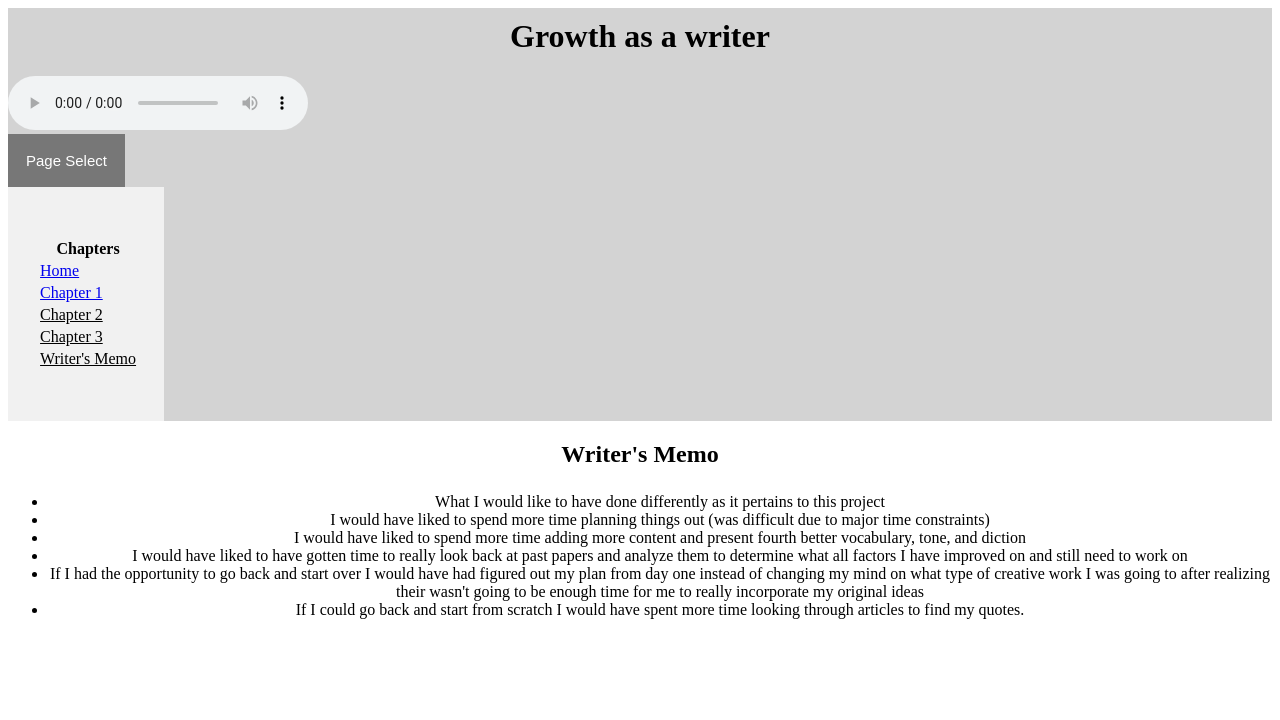
Repository: jpaisiem/WP-4
Page: WritersMemo.html
The author's editor kept a copy of each file at every save. The page is drawn from the files as they stood at one save, then again after the next save.
The browser window is 1280 px wide. The pictures show the whole page.

Above is the page before, as saved 2025-05-01 12:01:49.
Console error: TypeError: Cannot read properties of undefined (reading 'toggle')

### WritersMemo.html
<!DOCTYPE html>
<html>
<head>
<meta name="viewport" content="width=device-width, initial-scale=1">
<style>
.collapsible {
  background-color: #777;
  color: white;
  cursor: pointer;
  padding: 18px;
  width: fit-content;
  border: none;
  text-align: left;
  outline: none;
  font-size: 15px;
}

.active, .collapsible:hover {
  background-color: #555;
}

.content {
  display: flex;
  flex-direction: column;
  overflow: hidden;
  background-color: #f1f1f1;
  width: fit-content;
  height: fit-content;
  padding-left: 2.3%;
  padding-right: 2%;
}
p
{
 font-size: 25px;
 text-align: left;
 margin-left: 5%;
}
lo
</style>
<title>Growth as a writer - Chapter 3</title>
</head>
<body>
    <div style="background-color: lightgray; display: flex; flex-direction: column; margin-top: 0%;">
        <h1 style="text-align: center; background-color: lightgray; padding-top: 10px; margin-top: 0%;">Growth as a writer</h1>
        <div style="align-items: center;">
        <audio controls>
            <source src="audio.mp3" type="audio/mpeg">
        </audio>
        </div>
<button type="button" class="collapsible">Page Select</button>
<div class="content">
  <p><table>
    <tr>
        <th>Chapters</th>
    </tr>
    <tr>
        <td><a href="index.html">Home</a></td>
    </tr>
    <tr>
        <td><a href="Chapter1.html">Chapter 1</a></td>
    </tr>
     <tr>
        <td><a href="Chapter2.html" style="color: black;">Chapter 2</a></td>
    </tr>
    <tr>
        <td><a href="Chapter3.html" style="color: black;">Chapter 3</a></td>
    </tr>
    <tr>
        <td><a href="WritersMemo.html" style="color: black;">Writer&apos;s Memo</a></td>
    </tr>
  </table></p>
</div>
    </div>
<div style="text-align: center;">
     <h2 style="text-align: center;">Writer&apos;s Memo</h2>
     <p>
      <ul>
    <li>What I would like to have done differently as it pertains to this project</li>
<li>I would have liked to spend more time planning things out (was difficult due to major time constraints)</li>
<li>I would have liked to spend more time adding more content and present fourth better vocabulary, tone, and diction</li>
<li>I would have liked to have gotten time to really look back at past papers and analyze them to determine what all factors I have improved on and still need to work on</li>
<li>If I had the opportunity to go back  and start over I would  have had figured out my plan from day one instead of changing my mind on what type of creative work I was going to after realizing their wasn't going to be enough time for me to really incorporate my original ideas</li>
<li>If I could go back and start from scratch I would have spent more time looking through articles to find my quotes.</li>
</ul>
</p>
</div>
<script>
var coll = document.getElementsByClassName("collapsible");
var i;

for (i = 0; i < coll.length; i++) {
  coll[i].addEventListener("click", function() {
    this.classList.toggle("active");
    var content = this.nextElementSibling;
    if (content.style.display === "block") {
      content.style.display = "none";
    } else {
      content.style.display = "block";
    }
  });
}
if(location.reload){
    this.classList.toggle("collapsible");
}
</script>

</body>
</html>

After the next save:
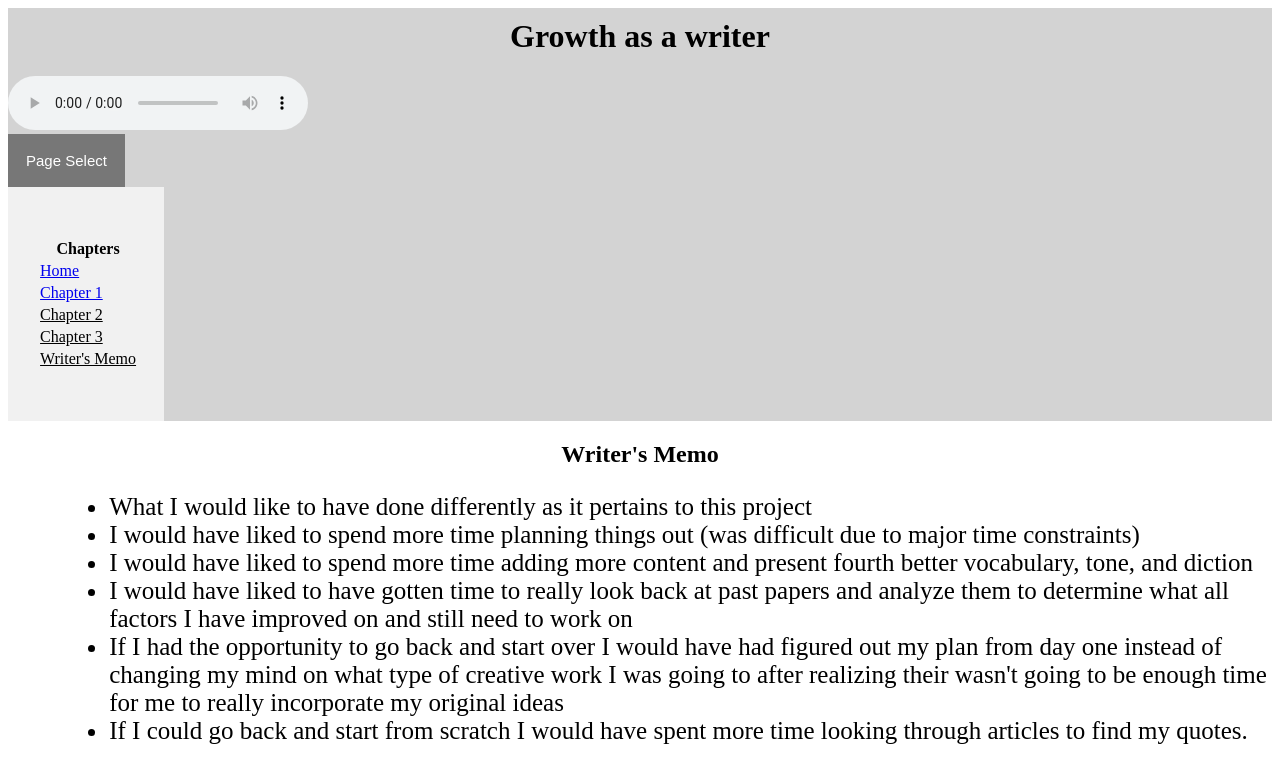
Saved 6 s later.
--- a/WritersMemo.html
+++ b/WritersMemo.html
@@ -35,7 +35,13 @@ p
  text-align: left;
  margin-left: 5%;
 }
-lo
+li
+{
+ font-size: 25px;
+ text-align: left;
+ margin-left: 5%;
+
+}
 </style>
 <title>Growth as a writer - Chapter 3</title>
 </head>
